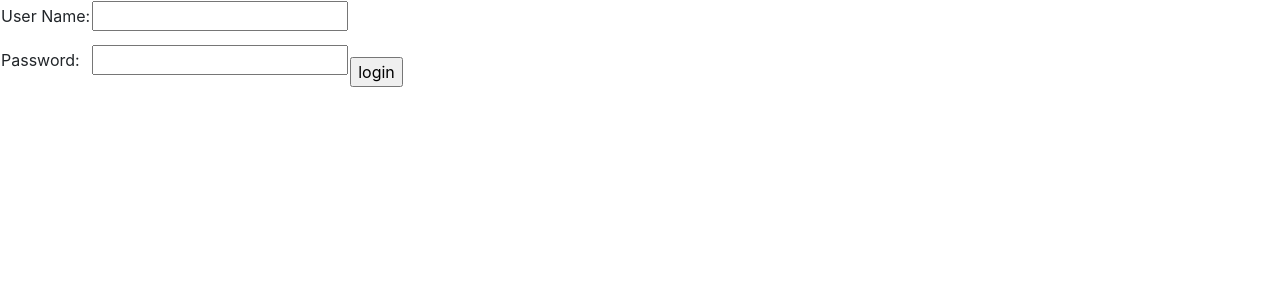
Repository: kiiigaaa/User_Profile
Page: http://localhost/GroceryOrdering/login.jsp
These files come from the project's save history. The page is drawn as it stood at one moment and after the next save; the edit follows.
The browser window is 1280 px wide. The pictures show the whole page.
The page is served by Tomcat 9. Other server files are loaded and not shown.

Above is the page before, as saved 2022-11-14 07:17:42.

### GroceryOrdering/src/main/webapp/login.jsp
<%@ page language="java" contentType="text/html; charset=ISO-8859-1"
    pageEncoding="ISO-8859-1"%>
<!DOCTYPE html>
<html>
<head>
<meta charset="ISO-8859-1">
<link rel="stylesheet" href="https://cdn.jsdelivr.net/npm/bootstrap@4.3.1/dist/css/bootstrap.min.css" integrity="sha384-ggOyR0iXCbMQv3Xipma34MD+dH/1fQ784/j6cY/iJTQUOhcWr7x9JvoRxT2MZw1T" crossorigin="anonymous">
<title>login</title>
</head>
<body>

	<table>

	<form action="login" method="post">
	<tr>
		<td>User Name: </td> <td><input type="text" name="uname"><br></td>
	</tr>
		<td>Password: </td><td><input type="password" name="pw"><br></td>

		<td><br><input type="submit" name="submit" value="login"></td>


	</form>
	</table>

<script src="https://code.jquery.com/jquery-3.3.1.slim.min.js" integrity="sha384-q8i/X+965DzO0rT7abK41JStQIAqVgRVzpbzo5smXKp4YfRvH+8abtTE1Pi6jizo" crossorigin="anonymous"></script>
<script src="https://cdn.jsdelivr.net/npm/popper.js@1.14.7/dist/umd/popper.min.js" integrity="sha384-UO2eT0CpHqdSJQ6hJty5KVphtPhzWj9WO1clHTMGa3JDZwrnQq4sF86dIHNDz0W1" crossorigin="anonymous"></script>
<script src="https://cdn.jsdelivr.net/npm/bootstrap@4.3.1/dist/js/bootstrap.min.js" integrity="sha384-JjSmVgyd0p3pXB1rRibZUAYoIIy6OrQ6VrjIEaFf/nJGzIxFDsf4x0xIM+B07jRM" crossorigin="anonymous"></script>
</body>
</html>

After the next save:
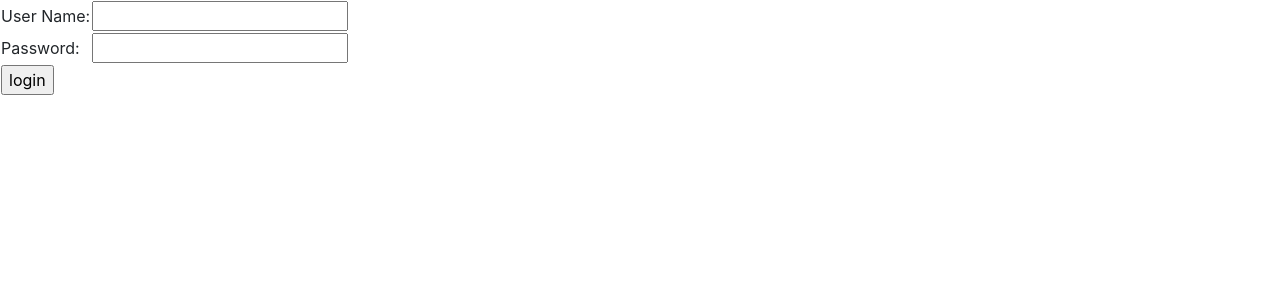
Saved 33 s later.
--- a/GroceryOrdering/src/main/webapp/login.jsp
+++ b/GroceryOrdering/src/main/webapp/login.jsp
@@ -16,9 +16,9 @@
 		<td>User Name: </td> <td><input type="text" name="uname"><br></td>
 	</tr>
 		<td>Password: </td><td><input type="password" name="pw"><br></td>
-
-		<td><br><input type="submit" name="submit" value="login"></td>
-
+		<tr>
+		<td><input type="submit" name="submit" value="login"></td>
+		</tr>
 
 	</form>
 	</table>
